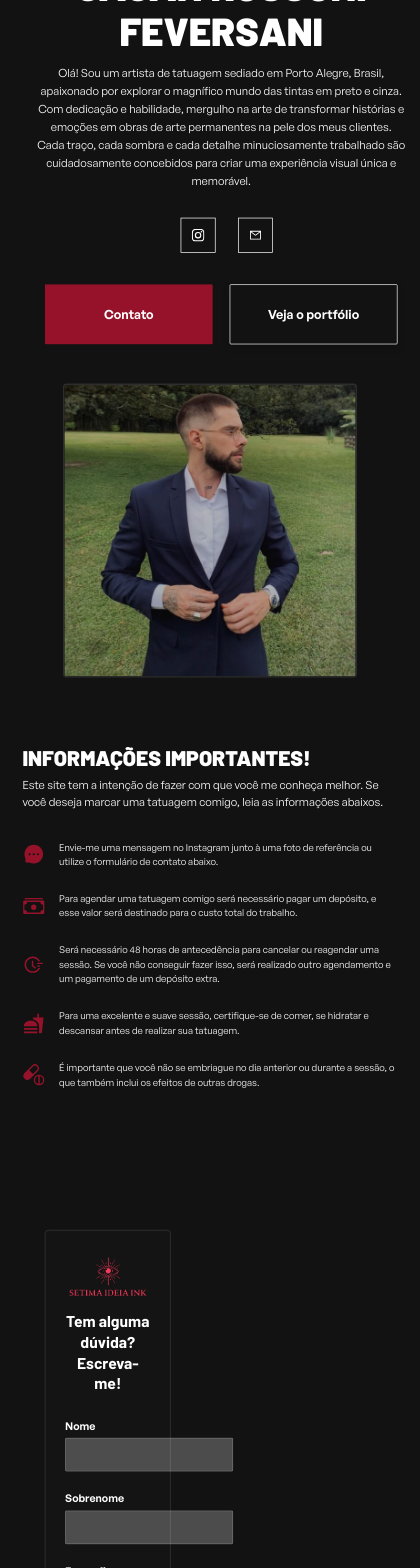
Repository: Leoka2000/S-tima-Ideia
Page: /
These files come from the project's save history. The page is drawn as it stood at one moment and after the next save; the edit follows.
The browser window is 600 px wide. The pictures show the part of the page from y = 4260 to 6500 px (the page is 7771 px tall), at 70% of full size.
Backgrounds fixed to the window are drawn as part of the page. The project was rebuilt for these pictures with package versions that can differ from the ones it lists, and the page was loaded fresh each time. Some packages were replaced by stand-ins written for this rebuild. Also part of the build but not shown: src/pages/main/instagram/instagram.css, src/pages/main/instagram/instagram.jsx, src/App.css, src/pages/portfolio/portfolio.css, src/data/database-common.js, src/pages/portfolio/loop-content.jsx, src/pages/portfolio/portfolio.jsx, src/pages/portfolio/index.jsx and 2 more. Imported but missing from the stored project, and not drawn on this page: src/assets/videos/cauan-video.mp4.

Above is the page before, as saved 2023-07-10 21:28:58.

After the next save:
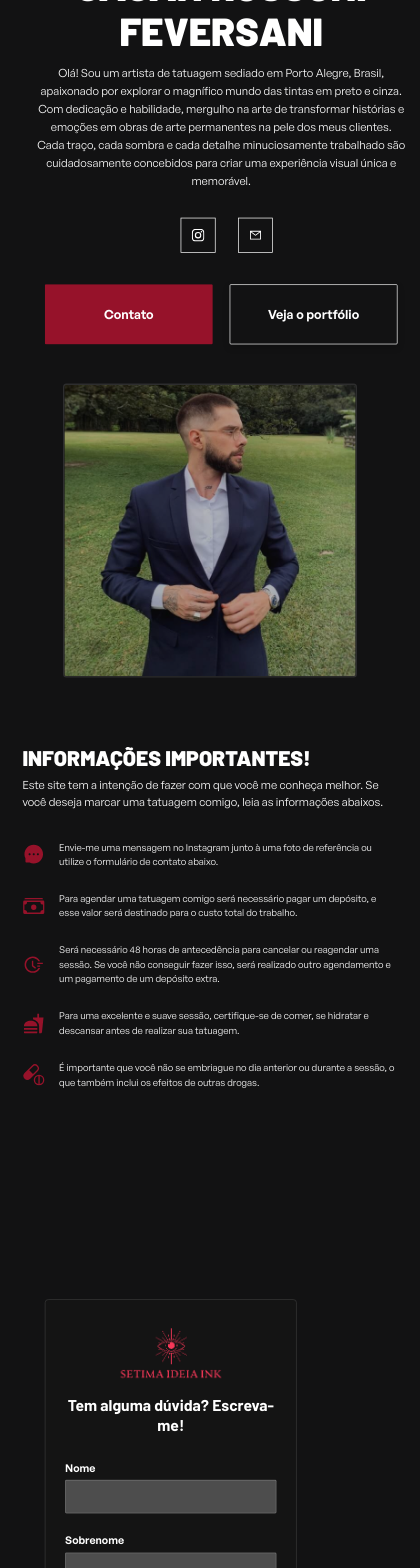
Saved 9 s later.
--- a/src/pages/main/contact/form.css
+++ b/src/pages/main/contact/form.css
@@ -315,7 +315,7 @@ textarea {
         width: 100%;
     }
     form {
-        width: 30%;
+        width: 60%;
       display: flex;
       justify-content: center;
         padding-right: 1.75rem;
